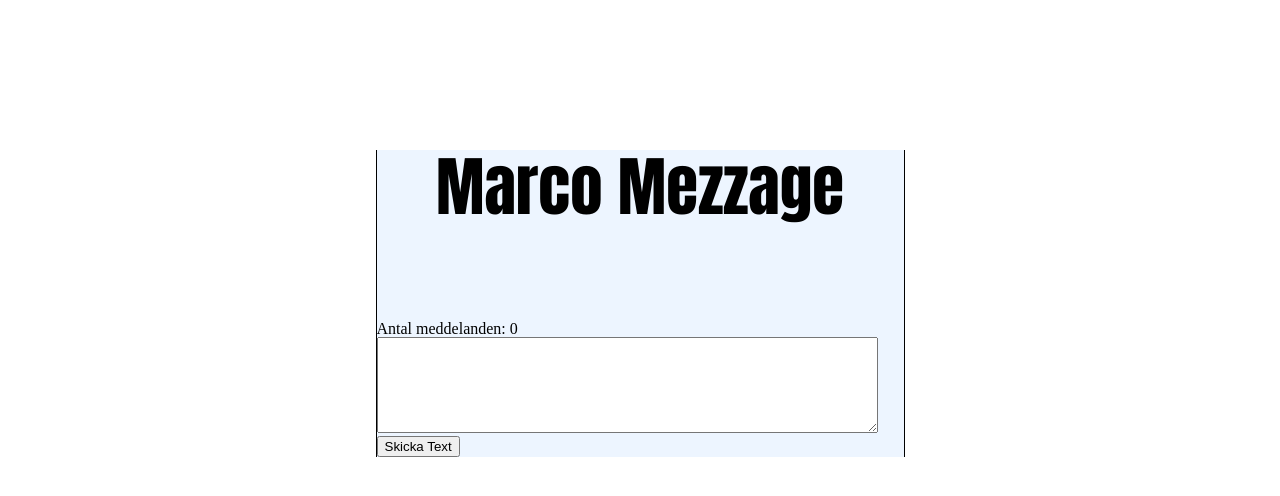
Repository: Marco30/1dv403-laborationer
Page: 2-labbymezzage/index.html
The author's editor kept a record of every edit. The page is drawn from the files as they stood at one moment, then again after the next edit.
The browser window is 1280 px wide. The pictures show the whole page.

Above is the page before.
Not found: 2-labbymezzage/css/pics/Max.png

After the next edit:
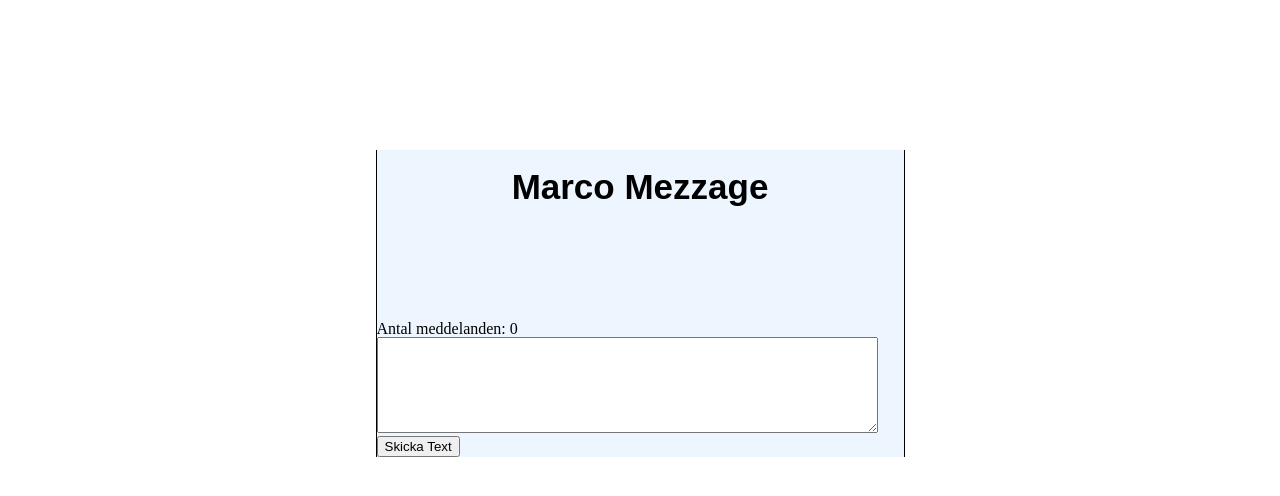
The edit:
--- a/2-labbymezzage/css/style.css
+++ b/2-labbymezzage/css/style.css
@@ -68,7 +68,7 @@
 font-weight: bold;
 line-height: 74px;
 text-align:center;
-font-family: Impact, Charcoal, sans-serif;
-font-size: 65px;
+ font-family: ‘Lucida Sans Unicode’, ‘Lucida Grande’, sans-serif;
+font-size: 35px;
 color:black;
 }
